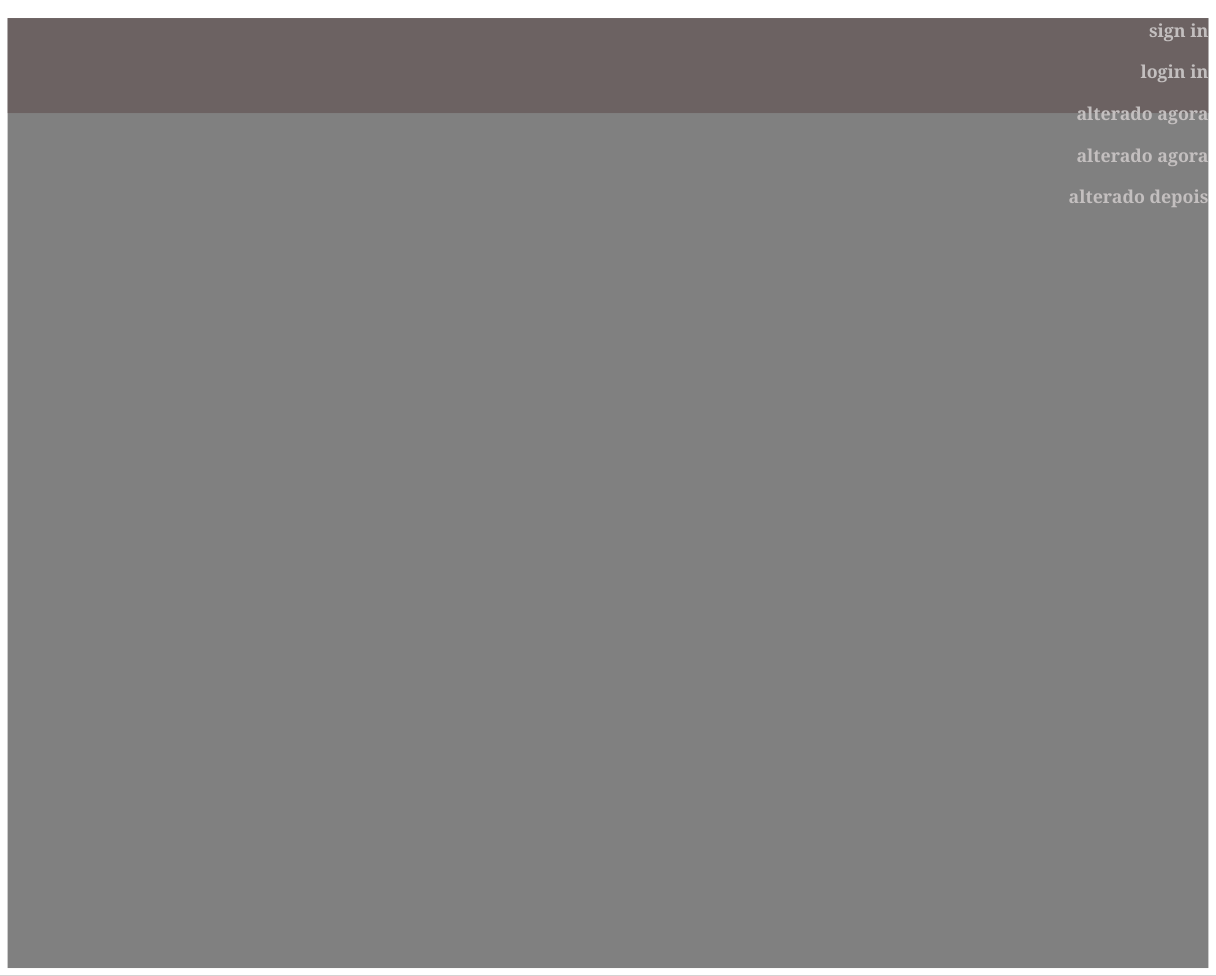
Repository: iraiore/trabalho-web-i-anime
Page: index.html
An editor plug-in stored every save of this project. The page is shown before and after the next save, followed by the edit.
The browser window is 1280 px wide. The pictures show the whole page, at 95% of full size.

Above is the page before, as saved 2023-08-28 21:22:15.

### index.html
<!DOCTYPE html>
<html lang="en">
<head>
    <meta charset="UTF-8">
    <meta http-equiv="X-UA-Compatible" content="IE=edge">
    <meta name="viewport" content="width=device-width, initial-scale=1.0">
    <title>Document</title>
    <link rel="stylesheet" type="text/css" href="style.css">
</head>
<body>
    <div id="site">
        <div id="header">
            <h3 id="register-login">sign in</h3>
            <h3 id="register-login">login in</h3>
            <h3 id="register-login">alterado agora</h3>
            <h3 id="register-login">alterado agora</h3>
            <h3 id="register-login">alterado depois</h3>

        </div>

    </div>

</body>
</html>

### style.css
/*configuração da pagina do site - METODOLOGIA TABLELESS*/
#site{
    /* Definimos a largura da página */
    width:100%;
    /* Definirmos a altura da página*/
    height:1000px;
    /* Aqui definiremos a posição que a página ocupará na tela, nesse caso estamos definindo que fique centralizado na tela*/
    /*top : posição de cima */
    margin-top:0;
    /* left: posição de esquerda*/
    margin-left:auto;
    /* bottom : posição de baixo */
    margin-bottom:0;
    /* right : posição de direita */
    margin-right:auto;
    /* Aqui definiremos a cor de fundo da página */
    background-color:gray;
  }
#header{
    /*Novamente definimos a largura da div*/
    width:100%;
    /* altura da div */
    height:100px;
    /* Cor de fundo da div */
    background-color:rgb(95, 79, 79);
    opacity: 60%;
    }
#conteudo{
    /*Novamente definimos a largura da div*/
    width:90%;
    /* altura da div */
    height:500px;
    /* Cor de fundo da div */
    background-color:#0F0;
  }
#footer{
    /*Novamente definimos a largura da div*/
    width:90%;
    /* altura da div */
    height:100px;
    /* Cor de fundo da div */
    background-color:#C3C;
  }
/*Configuração dos parágrafos*/
#register-login{
  text-align: right;
  font-family: Georgia, 'Times New Roman', Times, serif;
  color:rgb(241, 234, 234);
}

After the next save:
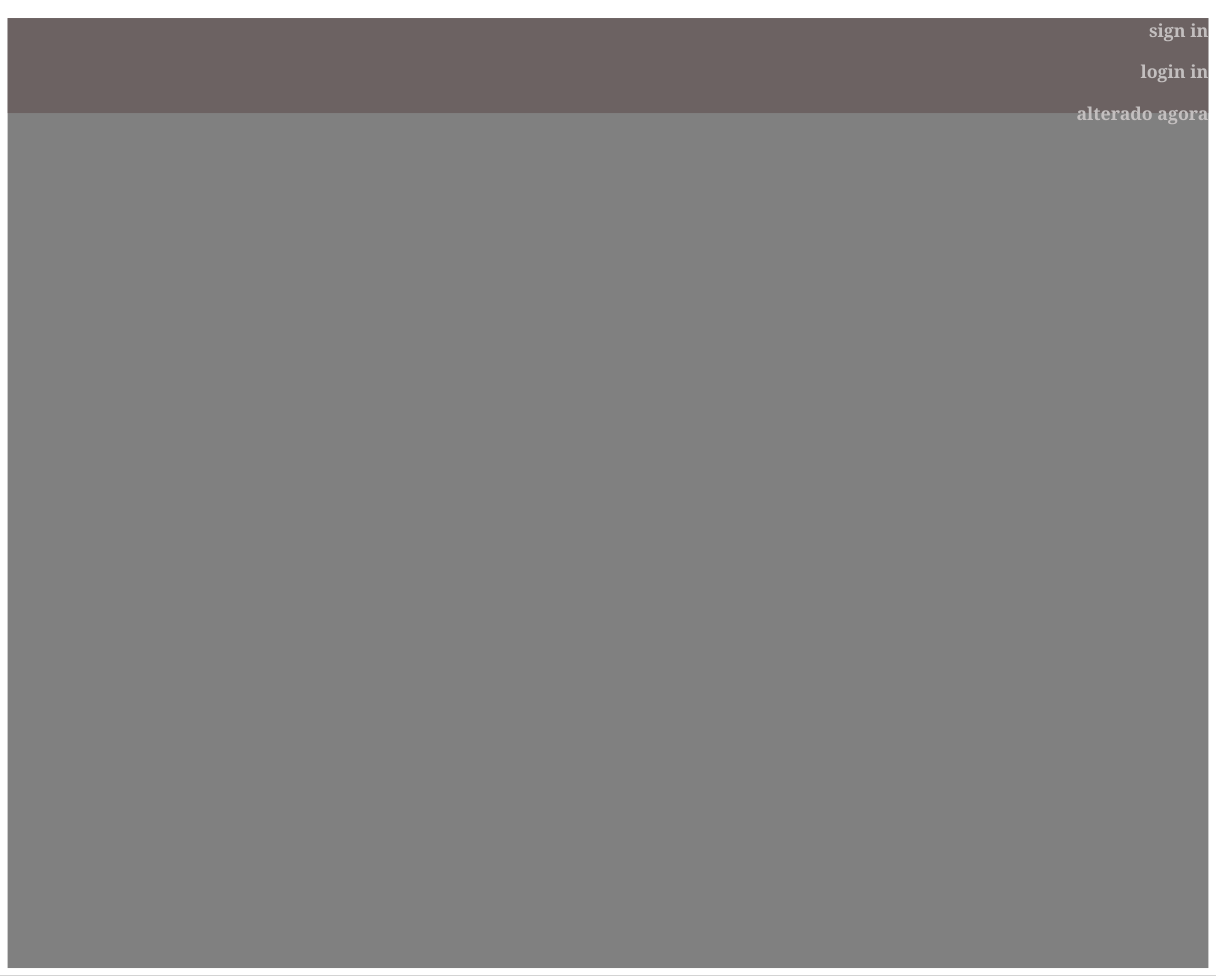
Saved 2 min 58 s later.
--- a/index.html
+++ b/index.html
@@ -13,8 +13,6 @@
             <h3 id="register-login">sign in</h3>
             <h3 id="register-login">login in</h3>
             <h3 id="register-login">alterado agora</h3>
-            <h3 id="register-login">alterado agora</h3>
-            <h3 id="register-login">alterado depois</h3>
 
         </div>
 
